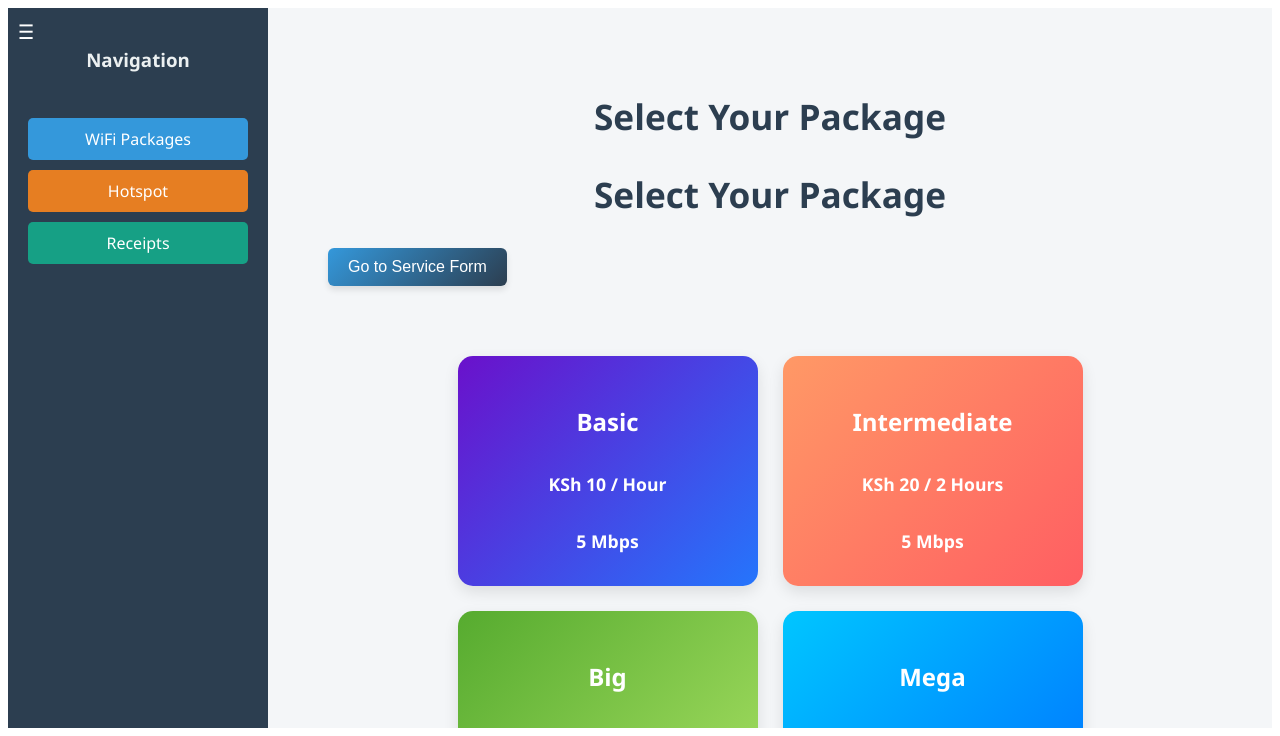
Repository: rachel648/system_Bill
Page: /packages (app in client/)
The author's editor kept a copy of each file at every save. The page is drawn from the files as they stood at one save, then again after the next save.
The browser window is 1280 px wide. The pictures show the whole page.
The page's requests for data from a server got no answer. An inner scrolling area shows only its first screen. The project was rebuilt for these pictures with package versions that can differ from the ones it lists, and the page was loaded fresh each time. No one was signed in, and anything a server would have sent is missing. Also part of the build but not shown: client/src/components/ServiceForm.js, client/src/Hotspot.css, client/src/Hotspot.js, client/src/admin.js. Imported but missing from the stored project, and not drawn on this page: client/src/Receipts.

Above is the page before, as saved 2025-07-10 22:57:44.

### client/public/index.html
<!DOCTYPE html>
<html lang="en">
  <head>
    <meta charset="UTF-8" />
    <meta name="viewport" content="width=device-width, initial-scale=1.0"/>
    <title>Internet Billing System</title>
  </head>
  <body>
    <div id="root"></div>
    <!-- Add React scripts if not using Create React App -->
    <!-- <script src="https://unpkg.com/react@18/umd/react.development.js"></script>
    <script src="https://unpkg.com/react-dom@18/umd/react-dom.development.js"></script> -->
  </body>
</html>

### client/src/App.js
import React, { useState } from 'react';
import { BrowserRouter as Router, Routes, Route, Navigate } from 'react-router-dom';
import ServiceForm from './components/ServiceForm';
import Packages from './Packages';
import Hotspot from './Hotspot';
import Receipts from './Receipts';
import Navigation from './Navigation';
import './App.css';
import Admin from './admin';
import axios from 'axios';

// Set axios defaults for API calls
axios.defaults.baseURL = process.env.REACT_APP_API_BASE_URL || 'http://localhost:5000/api';

const App = () => {
  const [isSidebarVisible, setSidebarVisible] = useState(true);

  const toggleSidebar = () => {
    setSidebarVisible(prev => !prev);
  };

  const Layout = ({ children }) => (
    <div className="app-container">
      <Navigation isVisible={isSidebarVisible} toggle={toggleSidebar} />
      <div className="main-content">
        {children}
      </div>
    </div>
  );

  return (
    <Router>
      <Routes>
        {/* Redirect root to /packages */}
        <Route path="/" element={<Navigate to="/packages" replace />} />

        {/* Main pages with sidebar layout */}
        <Route path="/packages" element={<Layout><Packages /></Layout>} />
        <Route path="/hotspot" element={<Layout><Hotspot /></Layout>} />
        <Route path="/receipts" element={<Layout><Receipts /></Layout>} />
        <Route path="/service" element={<Layout><ServiceForm /></Layout>} />

        {/* Admin page without sidebar */}
        <Route path="/admin" element={<Admin />} />
      </Routes>
    </Router>
  );
};

export default App;

### client/src/Packages.js
import React, { useState } from 'react';
import { useNavigate } from 'react-router-dom';
import './Packages.css';

const packagePrices = {
  Basic: 10,
  Intermediate: 20,
  Big: 30,
  Mega: 40,
  Super: 50,
  DayOffer: 80
};

// Add duration for each package
const packageDurations = {
  Basic: '/ Hour',
  Intermediate: '/ 2 Hours',
  Big: '/ 3 Hours',
  Mega: '/ 4 Hours',
  Super: '/ 5 Hours',
  DayOffer: '24 Hours (Full Day)'
};

const API_BASE_URL = process.env.NODE_ENV === 'production'
  ? 'https://your-production-api.com'
  : 'http://localhost:5000';

const Packages = () => {
  const [isModalOpen, setIsModalOpen] = useState(false);
  const [selectedPackage, setSelectedPackage] = useState(null);
  const [phoneNumber, setPhoneNumber] = useState('');
  const [isProcessing, setIsProcessing] = useState(false);
  const [error, setError] = useState(null);
  const navigate = useNavigate();

  const handleCardClick = (pkg) => {
    setSelectedPackage(pkg);
    setIsModalOpen(true);
    setError(null);
  };

  const formatPhoneNumber = (phone) => {
    let formatted = phone.trim();
    formatted = formatted.replace(/\D/g, ''); // Remove all non-digit characters

    if (formatted.startsWith('254') && formatted.length === 12) {
      return formatted;
    }
    if (formatted.startsWith('07') && formatted.length === 10) {
      return '254' + formatted.substring(1);
    }
    if (formatted.startsWith('7') && formatted.length === 9) {
      return '254' + formatted;
    }
    return formatted; // Let validation catch invalid numbers
  };

  const handlePayment = async () => {
    // Validate phone number - accept +254..., 254..., or 07...
    const phoneRegex = /^(?:\+?254|0)[17]\d{8}$/;
    const testNumber = phoneNumber.trim();

    if (!phoneRegex.test(testNumber)) {
      setError('Please enter a valid Safaricom number (e.g. 0712345678, 254712345678, or +254712345678)');
      return;
    }

    const formattedPhone = formatPhoneNumber(testNumber);
    // Additional validation for the formatted number
    if (formattedPhone.length !== 12 || !formattedPhone.startsWith('254')) {
      setError('Invalid phone number format after conversion');
      return;
    }

    const amount = packagePrices[selectedPackage];
    setIsProcessing(true);
    setError(null);

    try {
      const healthResponse = await fetch(`${API_BASE_URL}/api/health`);
      if (!healthResponse.ok) {
        throw new Error('Backend service is not available');
      }

      const paymentResponse = await fetch(`${API_BASE_URL}/api/payment`, {
        method: 'POST',
        headers: {
          'Content-Type': 'application/json',
        },
        body: JSON.stringify({
          phone: formattedPhone,
          amount,
          package: selectedPackage,
        }),
      });

      const responseData = await paymentResponse.json();

      if (!paymentResponse.ok || !responseData.success) {
        throw new Error(responseData.message || 'Payment request failed');
      }

      alert(`Payment request sent to ${formattedPhone}. Complete payment on your phone`);
      setIsModalOpen(false);
      setPhoneNumber('');

    } catch (err) {
      console.error('Payment Error:', err);
      let errorMessage = err.message;
      if (err.message.includes('Failed to fetch')) {
        errorMessage = 'Cannot connect to the payment service. Please check:';
        errorMessage += '\n1. Your internet connection';
        errorMessage += '\n2. That the backend server is running';
        errorMessage += '\n3. That you have CORS enabled on the backend';
      }
      setError(errorMessage);
    } finally {
      setIsProcessing(false);
    }
  };

  return (
    <div className="container">
       <h1 className="heading">Select Your Package</h1>
      <h2 className="heading">Select Your Package</h2>

      <button
        onClick={() => navigate('/service')}
        className="service-form-button"
        style={{ marginBottom: '20px', padding: '10px 20px' }}
      >
        Go to Service Form
      </button>

      <div className="card-container">
        {Object.keys(packagePrices).map((pkg) => (
          <div key={pkg} className={`card ${pkg.toLowerCase()}-card`} onClick={() => handleCardClick(pkg)}>
            <h3>{pkg}</h3>
            <p>KSh {packagePrices[pkg].toLocaleString()} {packageDurations[pkg]}</p>
            <p>{pkg === 'Basic' ? '5' : pkg === 'Intermediate' ? '5' : pkg === 'Big' ? '5' : '5'} Mbps</p>
          </div>
        ))}
      </div>

      {isModalOpen && (
        <div className="modal">
          <div className="modal-content">
            <h3>Make Payment for {selectedPackage}</h3>
            <label htmlFor="phone">Enter Safaricom Number:</label>
            <input
              type="tel"
              id="phone"
              value={phoneNumber}
              onChange={(e) => {
                setPhoneNumber(e.target.value);
                setError(null);
              }}
              placeholder="e.g. 0712345678, 254712345678, or +254712345678"
              disabled={isProcessing}
              maxLength="13"
            />

            <p className="amount-display">
              Amount: KSh {packagePrices[selectedPackage].toLocaleString()}
            </p>

            {error && (
              <div className="error-message">
                {error.split('\n').map((line, i) => (
                  <p key={i}>{line}</p>
                ))}
              </div>
            )}

            <div className="modal-buttons">
              <button
                onClick={handlePayment}
                disabled={isProcessing}
                className={isProcessing ? 'processing' : ''}
              >
                {isProcessing ? (
                  <>
                    <span className="spinner"></span>
                    Processing...
                  </>
                ) : 'Submit Payment'}
              </button>
              <button
                onClick={() => {
                  setIsModalOpen(false);
                  setError(null);
                }}
                disabled={isProcessing}
              >
                Cancel
              </button>
            </div>
          </div>
        </div>
      )}
    </div>
  );
};

export default Packages;

### client/src/Navigation.js
import React from 'react';
import { Link } from 'react-router-dom';

const Navigation = ({ isVisible, toggle }) => (
  <div className={`navigation ${!isVisible ? 'collapsed' : ''}`}>
    <div className="toggle-icon" onClick={toggle}>☰</div>
    {isVisible && (
      <>
        <h3>Navigation</h3>
        <ul>
          <li><Link to="/packages" className="link-wifi">WiFi Packages</Link></li>
          <li><Link to="/hotspot" className="link-hotspot">Hotspot</Link></li>
          <li><Link to="/receipts" className="link-receipts">Receipts</Link></li>
        </ul>
      </>
    )}
  </div>
);

export default Navigation;

### client/src/App.css
/* Overall container for layout */
.app-container {
  display: flex;
  height: 100vh;
  font-family: 'Segoe UI', Tahoma, Geneva, Verdana, sans-serif;
}

/* Sidebar navigation */
.navigation {
  width: 220px;
  background-color: #2c3e50;
  padding: 20px;
  display: flex;
  flex-direction: column;
  align-items: center;
  transition: width 0.3s ease;
  position: relative;
}

.navigation.collapsed {
  width: 60px;
  padding: 20px 10px;
}

.toggle-icon {
  position: absolute;
  top: 10px;
  left: 10px;
  font-size: 20px;
  cursor: pointer;
  color: white;
}

/* Hide text when collapsed */
.navigation.collapsed h3,
.navigation.collapsed ul {
  display: none;
}

.navigation h3 {
  color: #ecf0f1;
  margin-bottom: 20px;
}

.navigation ul {
  list-style: none;
  padding: 0;
  width: 100%;
}

.navigation li {
  margin: 10px 0;
  width: 100%;
  text-align: center;
}

/* Unique colored links */
.link-wifi {
  background-color: #3498db; /* Blue */
  color: white;
  padding: 10px;
  display: block;
  text-decoration: none;
  border-radius: 5px;
}

.link-hotspot {
  background-color: #e67e22; /* Orange */
  color: white;
  padding: 10px;
  display: block;
  text-decoration: none;
  border-radius: 5px;
}

.link-receipts {
  background-color: #16a085; /* Teal */
  color: white;
  padding: 10px;
  display: block;
  text-decoration: none;
  border-radius: 5px;
}

.link-wifi:hover,
.link-hotspot:hover,
.link-receipts:hover {
  opacity: 0.85;
}

/* Main content area */
.main-content {
  flex: 1;
  padding: 40px;
  background-color: #f4f6f8;
  overflow-y: auto;
}

### client/src/Packages.css
/* Main container */
.container {
  max-width: 1200px;
  margin: 0 auto;
  padding: 20px;
}

.heading {
  text-align: center;
  color: #2c3e50;
  margin-bottom: 30px;
  font-size: 2.2rem;
}

/* Service form button */
.service-form-button {
  background: linear-gradient(135deg, #3498db, #2c3e50);
  color: white;
  border: none;
  border-radius: 6px;
  padding: 12px 24px;
  font-size: 1rem;
  cursor: pointer;
  transition: all 0.3s ease;
  box-shadow: 0 4px 6px rgba(0, 0, 0, 0.1);
}

.service-form-button:hover {
  transform: translateY(-2px);
  box-shadow: 0 6px 12px rgba(0, 0, 0, 0.15);
}

/* Cards container */
.card-container {
  display: flex;
  justify-content: center;
  flex-wrap: wrap;
  gap: 25px;
  padding: 20px;
  margin-top: 30px;
}

/* Card styles */
.card {
  padding: 25px;
  cursor: pointer;
  border-radius: 15px;
  text-align: center;
  width: 250px;
  color: white;
  font-weight: bold;
  box-shadow: 0 6px 15px rgba(0, 0, 0, 0.1);
  transition: all 0.3s cubic-bezier(0.25, 0.8, 0.25, 1);
  display: flex;
  flex-direction: column;
  align-items: center;
  justify-content: space-between;
  min-height: 180px;
}

.card h3 {
  font-size: 1.5rem;
  margin-bottom: 10px;
}

.card p {
  font-size: 1.1rem;
  margin: 8px 0;
}

/* Package-specific colors */
.basic-card {
  background: linear-gradient(135deg, #6a11cb, #2575fc);
}

.intermediate-card {
  background: linear-gradient(135deg, #ff9966, #ff5e62);
}

.big-card {
  background: linear-gradient(135deg, #56ab2f, #a8e063);
}

.mega-card {
  background: linear-gradient(135deg, #00c6ff, #0072ff);
}
.super-card {
  background: linear-gradient(135deg, #ff416c, #ff4b2b);
}
.dayoffer-card {
  background: linear-gradient(135deg, #f7971e, #ffd200);
}


.card:hover {
  transform: translateY(-8px);
  box-shadow: 0 12px 24px rgba(0, 0, 0, 0.2);
}

/* Modal styles */
.modal {
  position: fixed;
  top: 0;
  left: 0;
  right: 0;
  bottom: 0;
  background-color: rgba(0, 0, 0, 0.5);
  display: flex;
  justify-content: center;
  align-items: center;
  z-index: 1000;
  backdrop-filter: blur(3px);
}

.modal-content {
  background-color: white;
  padding: 30px;
  border-radius: 12px;
  width: 90%;
  max-width: 400px;
  text-align: center;
  box-shadow: 0 10px 30px rgba(0, 0, 0, 0.2);
}

.modal-content h3 {
  color: #2c3e50;
  margin-bottom: 20px;
  font-size: 1.5rem;
}

/* Input styles */
input[type="tel"] {
  width: 100%;
  padding: 12px 15px;
  margin: 15px 0;
  border: 2px solid #e0e0e0;
  border-radius: 8px;
  font-size: 1rem;
  transition: border 0.3s ease;
}

input[type="tel"]:focus {
  border-color: #3498db;
  outline: none;
}

/* Amount display */
.amount-display {
  font-size: 1.3rem;
  font-weight: bold;
  color: #2c3e50;
  margin: 15px 0;
  padding: 10px;
  background-color: #f8f9fa;
  border-radius: 8px;
}

/* Button styles */
.modal-buttons {
  display: flex;
  justify-content: center;
  gap: 15px;
  margin-top: 20px;
}

.modal-buttons button {
  padding: 12px 25px;
  border: none;
  border-radius: 8px;
  font-size: 1rem;
  font-weight: 600;
  cursor: pointer;
  transition: all 0.3s ease;
  flex: 1;
  max-width: 150px;
}

.modal-buttons button:first-child {
  background: linear-gradient(135deg, #2ecc71, #27ae60);
  color: white;
}

.modal-buttons button:first-child:hover {
  background: linear-gradient(135deg, #27ae60, #219653);
  transform: translateY(-2px);
}

.modal-buttons button:last-child {
  background: #f1f1f1;
  color: #555;
}

.modal-buttons button:last-child:hover {
  background: #e0e0e0;
}

.modal-buttons button:disabled {
  opacity: 0.7;
  cursor: not-allowed;
  transform: none !important;
}

/* Error message */
.error-message {
  color: #e74c3c;
  background-color: #fdecea;
  padding: 12px;
  border-radius: 8px;
  margin: 15px 0;
  font-size: 0.95rem;
  text-align: left;
  border-left: 4px solid #e74c3c;
}

/* Loading spinner */
.spinner {
  display: inline-block;
  width: 16px;
  height: 16px;
  border: 3px solid rgba(255, 255, 255, 0.3);
  border-radius: 50%;
  border-top-color: white;
  animation: spin 1s ease-in-out infinite;
  margin-right: 10px;
  vertical-align: middle;
}

@keyframes spin {
  to {
    transform: rotate(360deg);
  }
}

/* Responsive design */
@media (max-width: 768px) {
  .card-container {
    gap: 15px;
  }

  .card {
    width: calc(50% - 20px);
    min-width: 150px;
    padding: 20px 10px;
  }

  .modal-content {
    padding: 20px;
  }

  .modal-buttons {
    flex-direction: column;
    gap: 10px;
  }

  .modal-buttons button {
    max-width: 100%;
  }
}

@media (max-width: 480px) {
  .card {
    width: 100%;
  }

  .heading {
    font-size: 1.8rem;
  }
}

Loaded but not shown: client/src/index.js (common file)

After the next save:
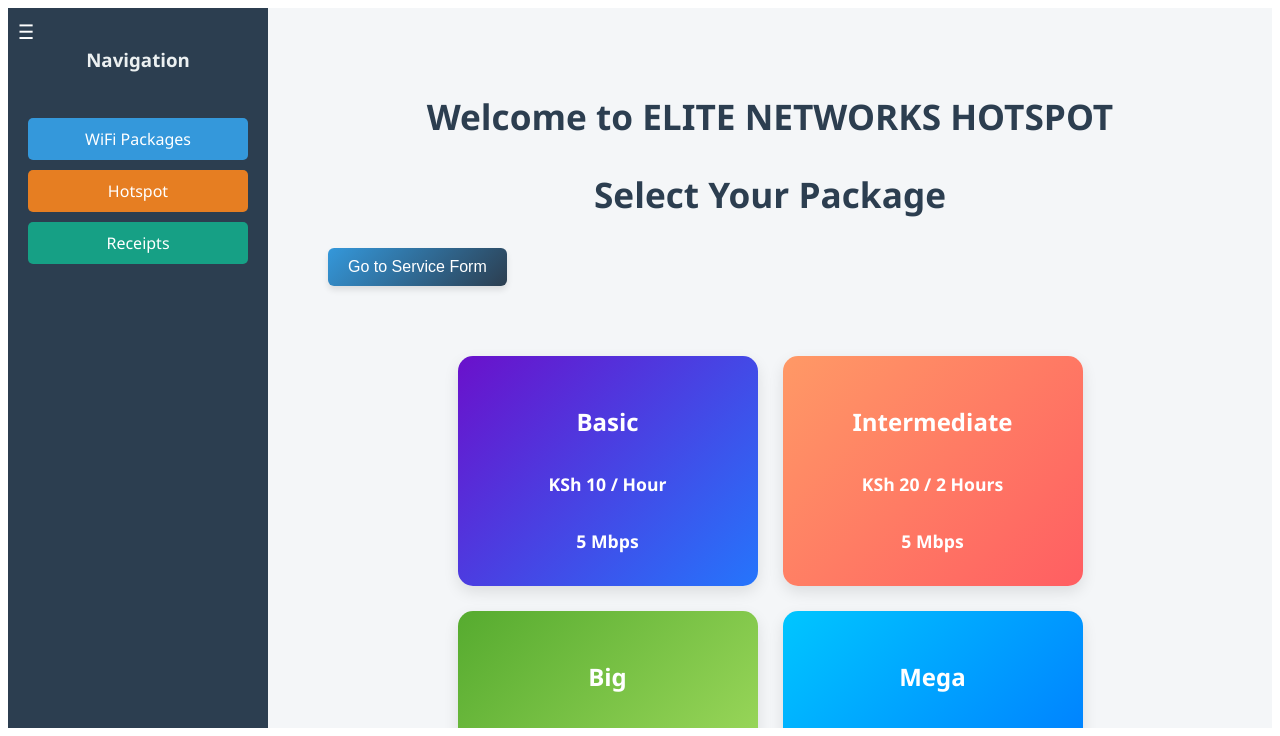
Saved 42 s later.
--- a/client/src/Packages.js
+++ b/client/src/Packages.js
@@ -121,7 +121,7 @@ const Packages = () => {
 
   return (
     <div className="container">
-       <h1 className="heading">Select Your Package</h1>
+       <h1 className="heading">Welcome to ELITE NETWORKS HOTSPOT</h1>
       <h2 className="heading">Select Your Package</h2>
 
       <button
